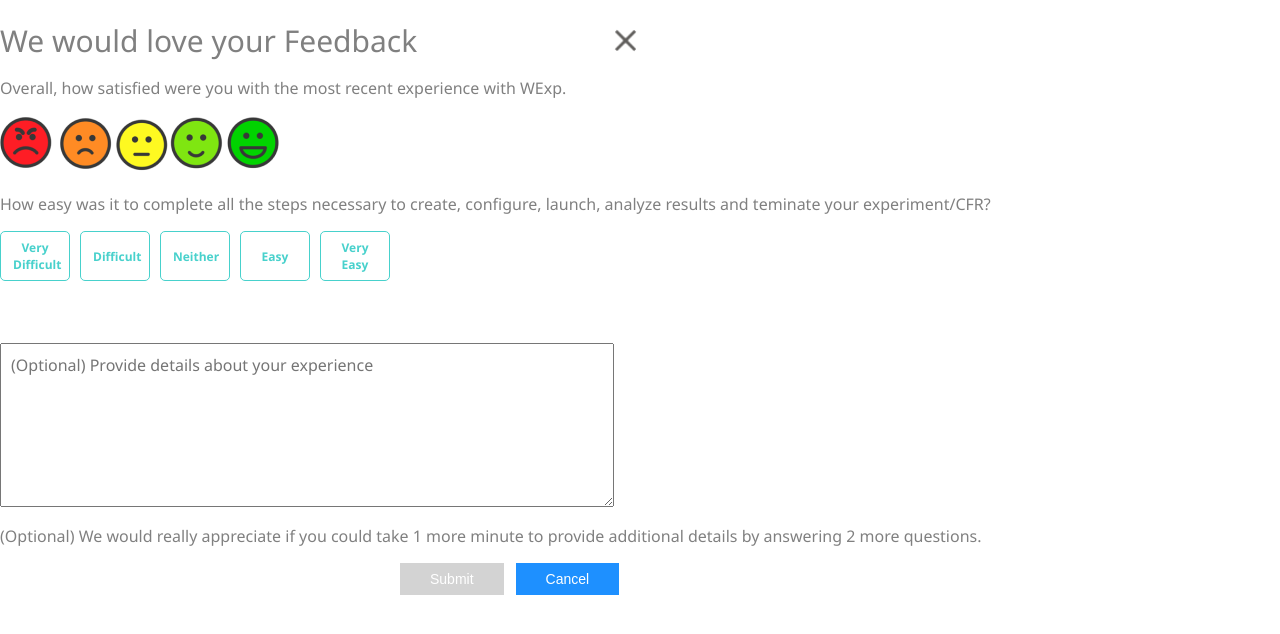
Repository: msfinnan/react-mobx-feedback-form
Page: /
The author's editor kept a copy of each file at every save. The page is drawn from the files as they stood at one save, then again after the next save.
The browser window is 1280 px wide. The pictures show the whole page.
The project was rebuilt for these pictures with package versions that can differ from the ones it lists, and the page was loaded fresh each time.

Above is the page before, as saved 2019-08-27 16:10:47.

### src/index.tsx
import * as React from 'react';
import * as ReactDOM from 'react-dom';
import './index.css';
import App from './App';
import * as serviceWorker from './serviceWorker';

ReactDOM.render(<App inputNameFromChild=""/>, document.getElementById('root'));

// If you want your app to work offline and load faster, you can change
// unregister() to register() below. Note this comes with some pitfalls.
// Learn more about service workers: https://bit.ly/CRA-PWA
serviceWorker.unregister();

### src/App.tsx
import * as React from 'react';
import './App.css';
import './Components/BodyText';
// import BodyText from './Components/BodyText';
import { EmojiCollection } from './Components/EmojiCollection';
import { DifficultyButtonCollection } from './Components/DifficultyButtonCollection';
import { SubmissionButtonCollection } from './Components/SubmissionButtonCollection';
import { BodyText } from './Components/BodyText';
import { CommentBox } from './Components/CommentBox';
import { ButtonStore } from './stores/ButtonStore';
import { Provider } from 'mobx-react';





class App extends React.Component<{}, {}> {
  //initialize ButtonStore
  private buttonStore: any = new ButtonStore();
  public render() {
    return (
      <Provider buttonStore={this.buttonStore}>
        <div className="app">
          <div className="top-row">
            <h1 className="header">
              We would love your Feedback
        </h1>
            <img className="close-button" src={require('./images/close_button.PNG')} alt="close button" />
          </div>

          <BodyText text="Overall, how satisfied were you with the most recent experience with WExp." />
          <EmojiCollection />
          <BodyText text="How easy was it to complete all the steps necessary to create, configure, launch, analyze results and teminate your experiment/CFR?" />
          <DifficultyButtonCollection />
          <CommentBox text="(Optional) Provide details about your experience" commentBoxClassName="experince-details-textbox" />
          <BodyText text="(Optional) We would really appreciate if you could take 1 more minute to provide additional details by answering 2 more questions." />
          <SubmissionButtonCollection />
        </div>
      </Provider>
    );
  }
}

export default App;

### src/App.css
.app {
    font-family: 'Segoe UI', Tahoma, Verdana, sans-serif;
    font-weight: 500;
    color: grey;
}

.form {
    border: solid dodgerblue 2px;
    padding: 0px 20px 30px 20px;
    width: 625px;
    margin-top: 20px;
    margin-bottom: 20px;
}

.top-row {
    display: flex;
}

.header {
    font-weight: normal;
    font-size: 30px;
    margin-bottom: 0px;
}

.close-button {
    margin-left: 190px;
    margin-top: 25px;
    height: 32px;
}

.buttons-row {
    padding-bottom: 50px;
    display: flex;
}

.difficulty-button {
    color: mediumturquoise;
    background-color:white;
    border: 1px solid mediumturquoise;;
    border-radius: 5px;
    padding-left: 12px;
    padding-right: 12px;
    margin-right: 10px;
    margin-bottom: 12px;
    font-weight: 600;
    font-size: 12px;
    font-family: 'Segoe UI', Tahoma, Verdana, sans-serif;
    width: 70px;
    height: 50px;
    white-space: normal;
}

.difficulty-button-clicked {
    color: mediumturquoise;
    background-color:#E8E8E8;
    border: 1px solid mediumturquoise;;
    border-radius: 5px;
    padding-left: 12px;
    padding-right: 12px;
    margin-right: 10px;
    margin-bottom: 12px;
    font-weight: 600;
    font-size: 12px;
    font-family: 'Segoe UI', Tahoma, Verdana, sans-serif;
    width: 70px;
    height: 50px;
    white-space: normal;
}

.experince-details-textbox {
    width: 600px;
    height: 150px;
    vertical-align: top;
    padding-top: 10px;
    padding-left: 10px;
    text-align: start;
    color: gray;
    font-size: 16px;
    font-family: 'Segoe UI', Tahoma, Verdana, sans-serif;
    font-weight: 500;
    margin-bottom: 2px;
}

.submission-buttons-row {
    margin-left: 400px;
    display: flex;
}

.submit-button {
    background-color: lightgrey;
    border: none;
    color: white;
    padding: 8px 30px;
    text-align: center;
    text-decoration: none;
    font-size: 14px;
    margin-right: 12px;
}

.cancel-button {
    background-color: dodgerblue;
    border: none;
    color: white;
    padding: 8px 30px;
    text-align: center;
    text-decoration: none;
    font-size: 14px;
}

.submit-button-clicked {
    background-color: lightgreen;
    border: none;
    color: white;
    padding: 8px 30px;
    text-align: center;
    text-decoration: none;
    font-size: 14px;
    margin-right: 12px;
}

.cancel-button-clicked {
    background-color: lightcoral;
    border: none;
    color: white;
    padding: 8px 30px;
    text-align: center;
    text-decoration: none;
    font-size: 14px;
}

.emoji-border {
    border: 2px solid #E8E8E8;
}

.user-feedback {
    border: solid dodgerblue 2px;
    padding: 0px 20px 30px 20px;
    width: 625px;
    margin-top: 20px;
    margin-bottom: 20px;
    color: grey;
}

.user-feedback strong {
    font-weight: 500;
}

### src/Components/BodyText.tsx
import * as React from 'react';

export interface BodyProps {
    text: string;
}

//: React.FunctionComponent<BodyProps>

export const BodyText: React.FunctionComponent<BodyProps> = (props: BodyProps): JSX.Element => {
    return (
        <p className="grey-body-text">
            {props.text}
        </p>
    );
}

### src/Components/EmojiCollection.tsx
import * as React from 'react';
import { Emoji } from './Emoji';


export const EmojiCollection: React.FunctionComponent = (): JSX.Element => {

    const emojis: { src: string, alt: string }[] = [
        {
            src: 'images/red_emoji.PNG',
            alt: "red emoji",
        },
        {
            src: 'images/orange_emoji.PNG',
            alt: "orange emoji",
        },
        {
            src: 'images/yellow_emoji.PNG',
            alt: "yellow emoji",
        },
        {
            src: 'images/lt_green_emoji.PNG',
            alt: "light green emoji",
        },
        {
            src: 'images/dk_green_emoji.PNG',
            alt: "dark green emoji",
        },
    ];

    const emojiComponents = emojis.map((emoji, i) => {
        return (
            <Emoji key={i} src={emoji.src} alt={emoji.alt} />
        );
    });

    return (
        <div>
            { emojiComponents }
        </div>
    );

};

### src/Components/DifficultyButtonCollection.tsx
import * as React from 'react';
import { DifficultyButton } from './DifficultyButton';

export const DifficultyButtonCollection: React.FunctionComponent = (): JSX.Element => {
    const difficultyButtons: { buttonText: string }[] = [
        {
            buttonText: "Very Difficult"
        },
        {
            buttonText: "Difficult"
        },
        {
            buttonText: "Neither"
        },
        {
            buttonText: "Easy"
        },
        {
            buttonText: "Very Easy"
        },
    ];

    const difficultyButtonComponents = difficultyButtons.map((button, i) => {
        return (
            <DifficultyButton key={i} buttonText={button.buttonText} />
        )
    })
    return (
        <div className="buttons-row">
            { difficultyButtonComponents }
        </div>
    );


};

### src/Components/SubmissionButtonCollection.tsx
import * as React from 'react';
import { SubmissionButton } from './SubmissionButton';

export const SubmissionButtonCollection: React.FunctionComponent = (): JSX.Element => {
    const submissionButtons: { buttonClass: string, buttonText: string }[] = [
        {
            buttonText: "Submit",
            buttonClass: "submit-button",
        },
        {
            buttonText: "Cancel",
            buttonClass: "cancel-button",
        },
    ];

    const submissionButtonComponents = submissionButtons.map((button, i) => {
        return (
            <SubmissionButton key={i} buttonText={button.buttonText} buttonClass={button.buttonClass} />
        )
    })
    return (
        <div className="submission-buttons-row">
            { submissionButtonComponents }
        </div>
    );


};

### src/Components/CommentBox.tsx
import * as React from 'react';

type CommentBoxProps = {
    text: string
    commentBoxClassName: string
}

export class CommentBox extends React.Component<CommentBoxProps, {}> {


    onTextInput = (event: React.FormEvent<HTMLTextAreaElement>) => {
        const letterNumber = /^[a-zA-Z0-9',.!? ]*$/;

        if (!event.currentTarget.value.match(letterNumber)){
            alert("Symbols not allowed");
        }
    }


    render() {
        return (
            <textarea
                className={ this.props.commentBoxClassName } //could do something with isValidText for conditional formatting here
                onChange={ this.onTextInput }
                placeholder={ this.props.text }></textarea>
        );
    }
}

### src/stores/ButtonStore.ts
import { observable, action } from "mobx";

export class ButtonStore {

    @observable
    public emojiButtonClicked: boolean;

    @action
    public onButtonClick = (): void => {
        this.emojiButtonClicked = !this.emojiButtonClicked;
        console.log(`buttonclicked and the value is ${this.emojiButtonClicked}`)
    }



}

### src/Components/Emoji.tsx
import * as React from 'react';
import { observer, inject } from 'mobx-react';
import { observable, action } from 'mobx';
import { ButtonStore } from '../stores/ButtonStore';


interface EmojiProps {
    src: string;
    alt: string;
    buttonStore?: ButtonStore
}

@inject("buttonStore")
@observer
export class Emoji extends React.Component<EmojiProps, {}> {
    @observable public emojiButtonClicked: boolean = this.props.buttonStore.emojiButtonClicked;

    constructor(props: EmojiProps) {
        super(props);

        this.emojiButtonClicked = false;

    }

    // @action
    // private onButtonClick = (): void => {
    //     // this.setState({ buttonClicked: !this.state.buttonClicked })
    //     this.emojiButtonClicked = !this.emojiButtonClicked;
    // }

    public render(): JSX.Element {
        return (
            <img
                src={ this.props.src }
                className={ this.props.buttonStore.emojiButtonClicked ? "emoji-border" : undefined }
                alt={ this.props.alt }
                onClick={ this.props.buttonStore.onButtonClick }>
            </img>
        );
    }
}

### src/Components/DifficultyButton.tsx
import * as React from 'react';
import { observer, inject } from 'mobx-react'
import { ButtonStore } from '../stores/ButtonStore';
import { action, observable } from 'mobx';


interface DifficultyButtonProps {
    buttonText: string;
    buttonStore?: ButtonStore
}

@inject("buttonStore")
@observer
export class DifficultyButton extends React.Component<DifficultyButtonProps, {}> {
    @observable private buttonClicked: boolean;

    constructor(props: DifficultyButtonProps) {
        super(props);
        this.buttonClicked = false;
    }

    @action
    private onButtonClick = (): void => {
        this.buttonClicked = !this.buttonClicked
    };

    public render(): JSX.Element {
        return (
            <button
                className={this.buttonClicked ? "difficulty-button-clicked": "difficulty-button"}
                type="button"
                onClick={ this.onButtonClick }>
                { this.props.buttonText }
            </button>
        );
    }
}

### src/Components/SubmissionButton.tsx
import * as React from 'react';
import { observable, action } from 'mobx';
import { observer } from 'mobx-react';

interface SubmissionButtonProps {
    buttonText: string;
    buttonClass: string;
}

@observer
export class SubmissionButton extends React.Component<SubmissionButtonProps, {}> {
    @observable private buttonClicked: boolean;

    constructor(props: SubmissionButtonProps) {
        super(props);
        this.buttonClicked = false;
    }

    @action
    private onButtonClick = (): void => {
        this.buttonClicked = !this.buttonClicked
    }

    public render(): JSX.Element {
        return (
            <button
                type="button"
                className={ this.buttonClicked ? this.props.buttonClass + "-clicked" : this.props.buttonClass }
                onClick={ this.onButtonClick }>
                { this.props.buttonText }
            </button>

        );
    }
}

Loaded but not shown: public/index.html (common file); src/index.css (common file); src/serviceWorker.js (common file)

After the next save:
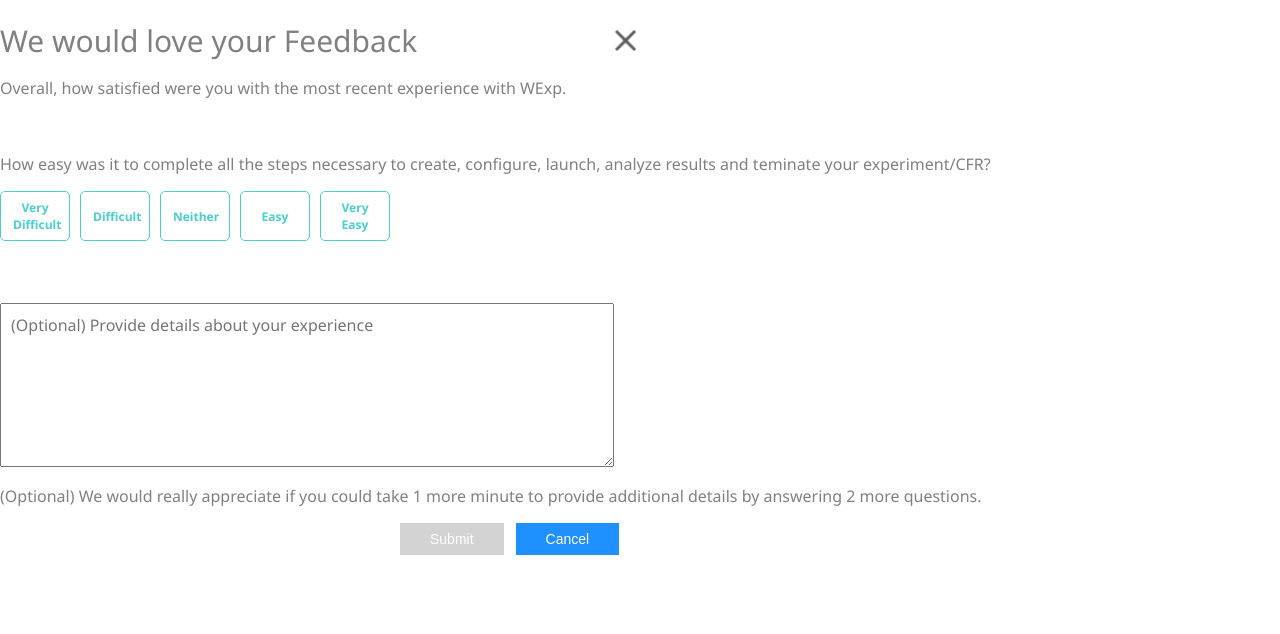
Saved 2 min 43 s later.
--- a/src/Components/EmojiCollection.tsx
+++ b/src/Components/EmojiCollection.tsx
@@ -29,7 +29,7 @@ export const EmojiCollection: React.FunctionComponent = (): JSX.Element => {
 
     const emojiComponents = emojis.map((emoji, i) => {
         return (
-            <Emoji key={i} src={emoji.src} alt={emoji.alt} />
+            <Emoji key={i} />
         );
     });
 
